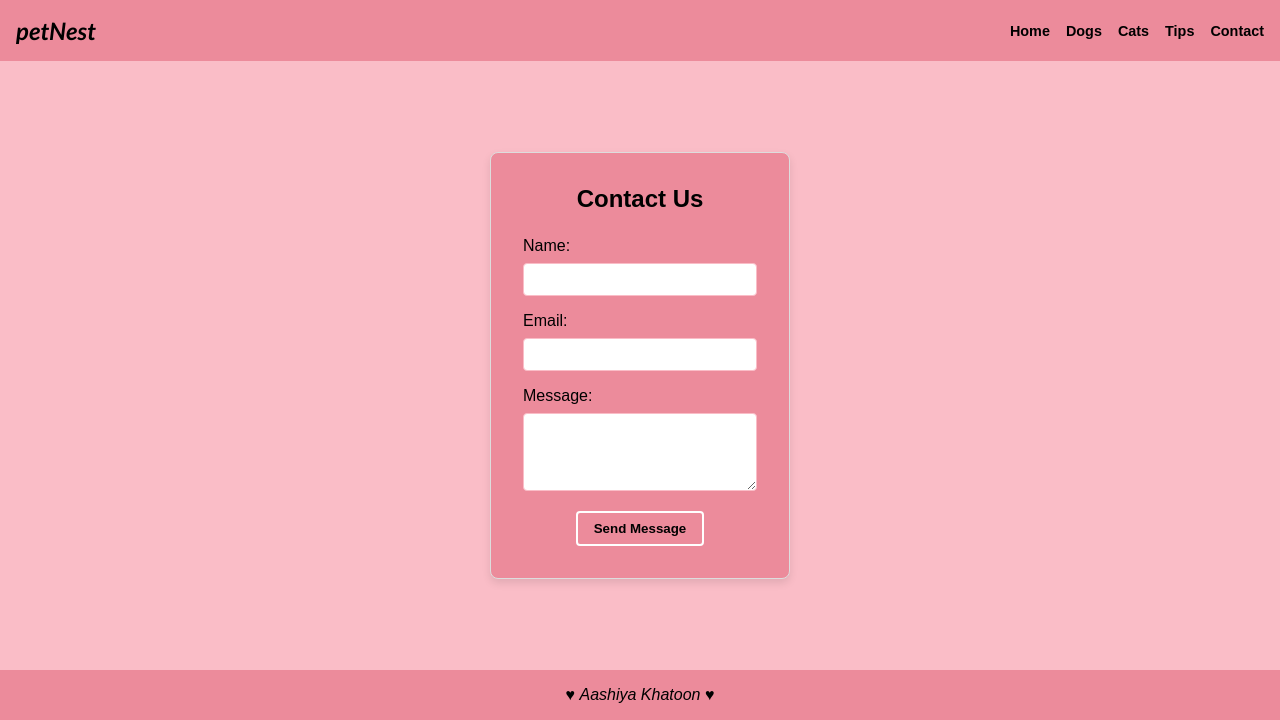
Repository: SHAHZADcodr/pet_care
Page: pages/contact.html
The author's editor kept a copy of each file at every save. The page is drawn from the files as they stood at one save, then again after the next save.
The browser window is 1280 px wide. The pictures show the whole page.

Above is the page before, as saved 2024-11-04 23:41:12.

After the next save:
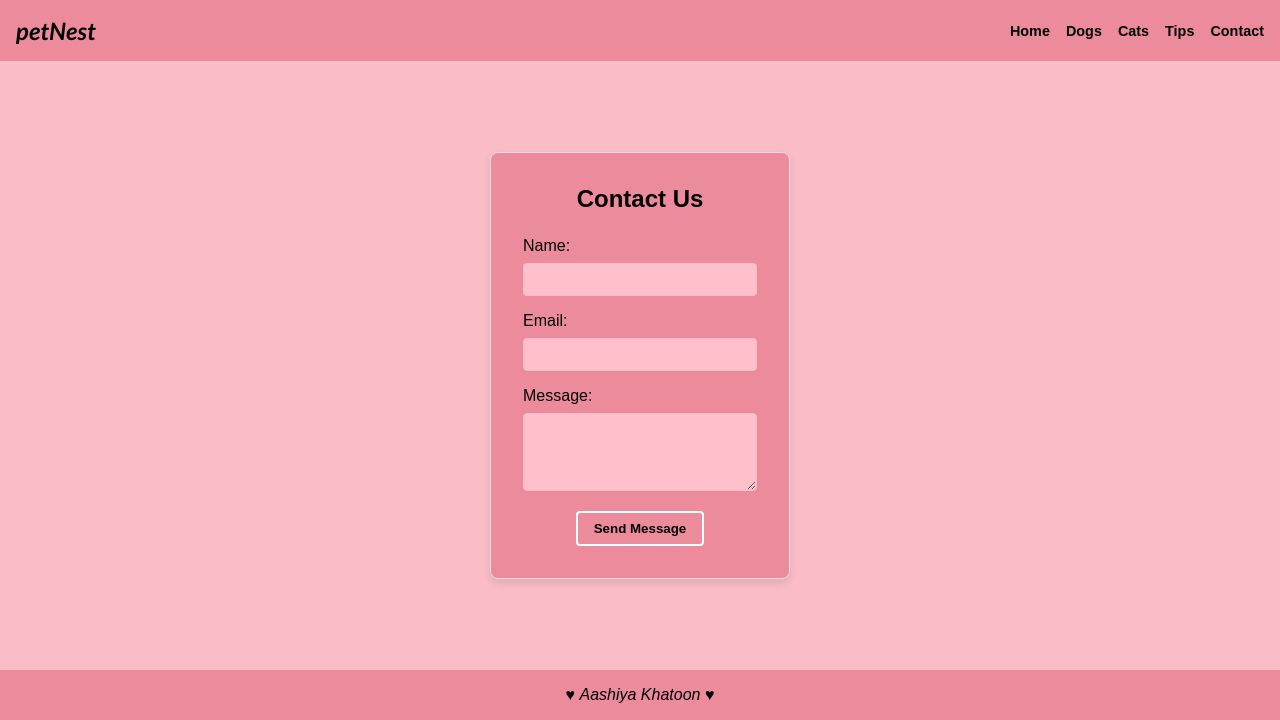
Saved 5 s later.
--- a/pages/contact.css
+++ b/pages/contact.css
@@ -93,7 +93,7 @@ nav {
     padding: 0.5rem;
     border: 1px solid var(--bg--body-color);
     border-radius: 4px;
-    background-color
+    background-color:pink;
 }
 
 button {
